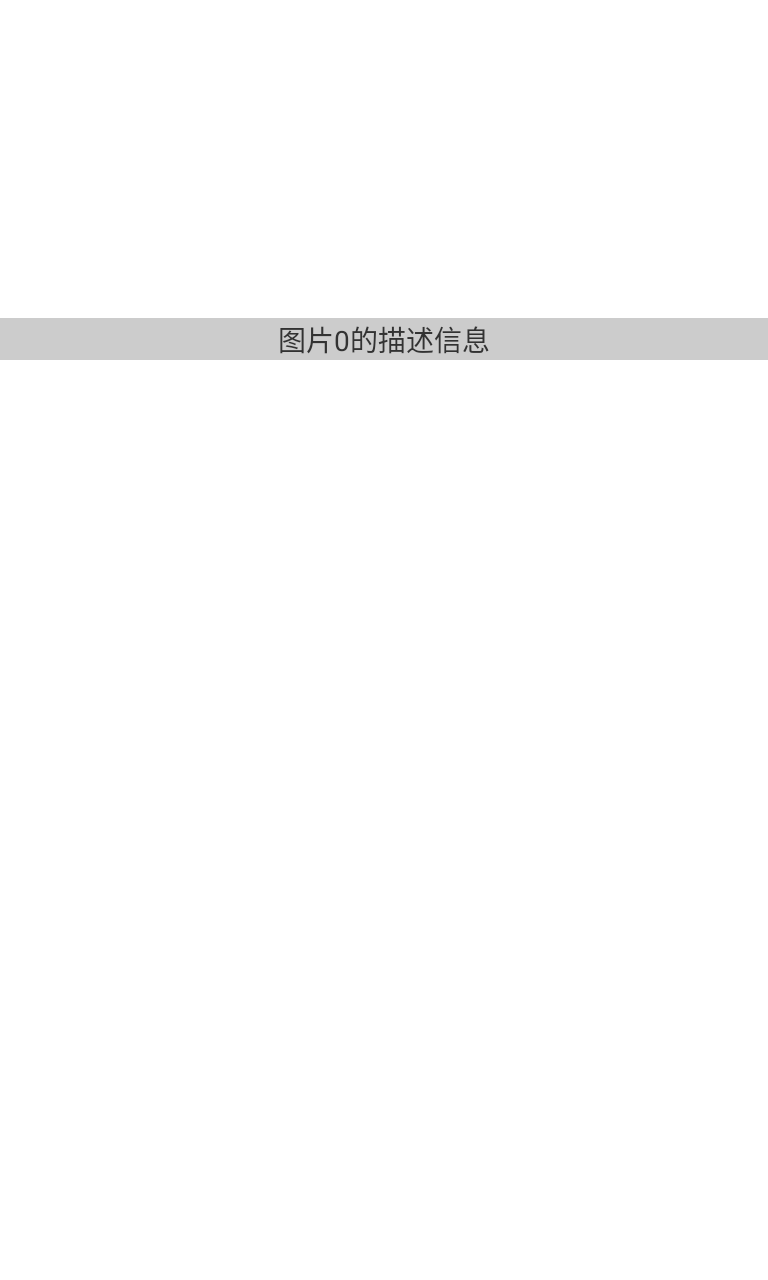
Repository: ASmouse/View
Layout: 01_ViewPager14/res/layout/activity_main.xml
An editor plug-in stored every save of this project. The layout is shown before and after the next save, followed by the edit.
It is drawn on a 768 x 1280 px phone screen (xhdpi) without system bars, with theme AppTheme; the app's code is not run. Lists and similar views that code fills are empty.

Above is the layout before, as saved 2015-10-24 01:49:20.

### 01_ViewPager14/res/layout/activity_main.xml
<RelativeLayout xmlns:android="http://schemas.android.com/apk/res/android"
    xmlns:tools="http://schemas.android.com/tools"
    android:layout_width="match_parent"
    android:layout_height="match_parent"
    tools:context=".MainActivity" >

    <RelativeLayout
        android:layout_width="fill_parent"
        android:layout_height="180dp" >

        <!-- ViewPager组件的展示 -->

        <android.support.v4.view.ViewPager
            android:id="@+id/vp_test"
            android:layout_width="fill_parent"
            android:layout_height="180dp" >
        </android.support.v4.view.ViewPager>
        <!-- 描述信息和点的显示 -->

        <LinearLayout
            android:gravity="center_horizontal"
            android:background="#33000000"
            android:layout_alignParentBottom="true"
            android:layout_width="fill_parent"
            android:layout_height="wrap_content"
            android:orientation="vertical">

            <!-- 图片的描述信息  -->
            <TextView android:layout_width="wrap_content"
                android:layout_height="wrap_content"
                android:text="图片0的描述信息"/>
        </LinearLayout>
    </RelativeLayout>

</RelativeLayout>

Loaded but not shown: 01_ViewPager14/res/values/styles.xml (common file); 01_ViewPager14/res/values-v11/styles.xml (common file); 01_ViewPager14/res/values-v14/styles.xml (common file)

After the next save:
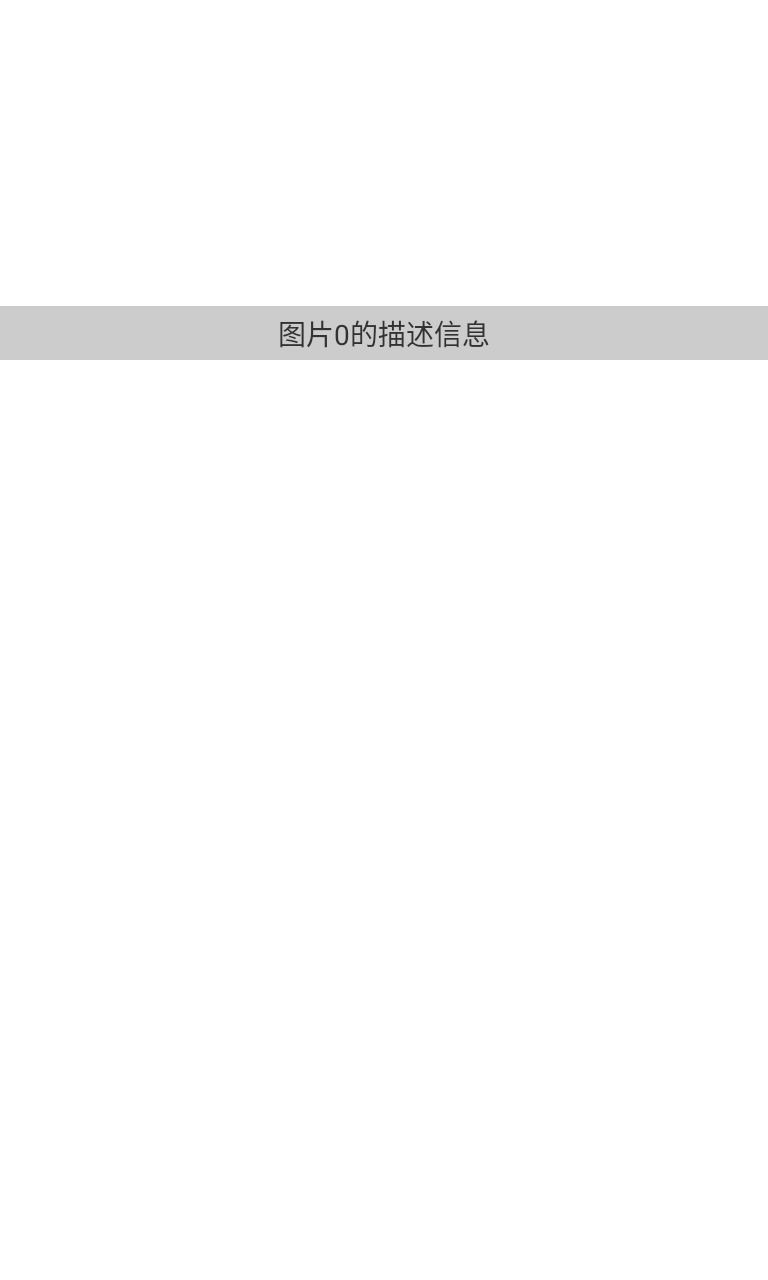
Saved 14 s later.
--- a/01_ViewPager14/res/layout/activity_main.xml
+++ b/01_ViewPager14/res/layout/activity_main.xml
@@ -18,17 +18,20 @@
         <!-- 描述信息和点的显示 -->
 
         <LinearLayout
-            android:gravity="center_horizontal"
-            android:background="#33000000"
-            android:layout_alignParentBottom="true"
             android:layout_width="fill_parent"
             android:layout_height="wrap_content"
-            android:orientation="vertical">
+            android:layout_alignParentBottom="true"
+            android:background="#33000000"
+            android:gravity="center_horizontal"
+            android:orientation="vertical" >
 
-            <!-- 图片的描述信息  -->
-            <TextView android:layout_width="wrap_content"
+            <!-- 图片的描述信息 -->
+
+            <TextView
+                android:layout_margin="3dip"
+                android:layout_width="wrap_content"
                 android:layout_height="wrap_content"
-                android:text="图片0的描述信息"/>
+                android:text="图片0的描述信息" />
         </LinearLayout>
     </RelativeLayout>
 
